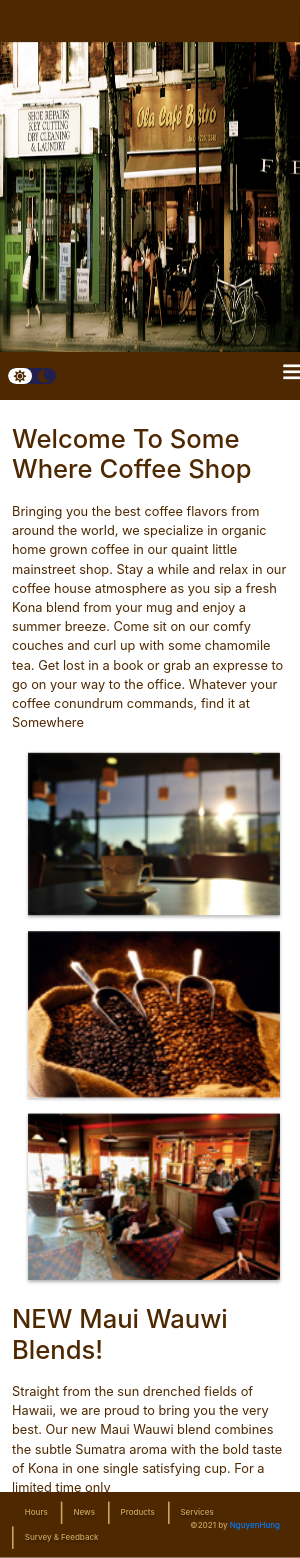
Repository: Hunga9k50doker/SomeWhereCoffeeShop
Page: index.html
The author's editor kept a copy of each file at every save. The page is drawn from the files as they stood at one save, then again after the next save.
The browser window is 375 px wide. The pictures show the whole page, at 80% of full size.
Some web libraries are served in a nearby version.

Above is the page before, as saved 2021-12-10 11:27:35.

### index.html
<!DOCTYPE html>
<html lang="en">
  <head>
    <meta charset="UTF-8" />
    <meta http-equiv="X-UA-Compatible" content="IE=edge" />
    <meta name="viewport" content="width=device-width, initial-scale=1.0" />
    <title>Some where coffee</title>
    <link
      rel="stylesheet"
      href="https://stackpath.bootstrapcdn.com/bootstrap/4.3.1/css/bootstrap.min.css"
      integrity="sha384-ggOyR0iXCbMQv3Xipma34MD+dH/1fQ784/j6cY/iJTQUOhcWr7x9JvoRxT2MZw1T"
      crossorigin="anonymous"
    />
    <link rel="stylesheet" href="https://pro.fontawesome.com/releases/v5.10.0/css/all.css" integrity="sha384-AYmEC3Yw5cVb3ZcuHtOA93w35dYTsvhLPVnYs9eStHfGJvOvKxVfELGroGkvsg+p" crossorigin="anonymous"/>
    <link rel="stylesheet" href="./css/style.css" />
    <link rel="stylesheet" href="./css/responsive.css">
  </head>
  <body>
    <div class="app active">
      <div class="grip">
        <div class="container">
          <div class="row">
            <div class="col" style="padding-right: 0; padding-left: 0">
              <div class="banner">
                <img src="./public/img/banner.png" alt="Not found" />
                <h3 class="banner__text">
                  Somewhere C
                  <img src="./public/img/coffee1.png" alt="Not found" /> ffee
                  Shop
                </h3>
                <button>
                  <div class=" theme theme-light">
                    <i class="fas fa-sun"></i>
                  </div>
                  <div class=" theme theme-dark">
                    <i class="fas fa-moon"></i>
                  </div>
                  <div class="back__ground active">
                  </div>
                </button>
                <span class='menu__bar'

                 >
                  <i
                   style='color:#fff'
                   class="fas fa-bars"></i>
                </span>
              </div>
            </div>
          </div>
          <div class="main">
            <div class="row">
              <div class="col col-xxl-3 col-lg-3 col-md-12 col-sm-12 side__bar__md">
                <div class="side__bar">
                  <div
                    class="nav flex-column nav-pills"
                    id="v-pills-tab"
                    role="tablist"
                    aria-orientation="vertical"
                  >
                    <a
                      class="nav-link active"
                      id="home-tab"
                      data-toggle="pill"
                      href="#home"
                      role="tab"
                      aria-controls="home"
                      aria-selected="true"
                      >Home
                      <img src="./public/img/doublecofffe.png" alt="not found">
                      </a
                    >
                    <a
                      class="nav-link"
                      id="about-tab"
                      data-toggle="pill"
                      href="#about"
                      role="tab"
                      aria-controls="about"
                      aria-selected="false"
                      >About
                      <img src="./public/img/doublecofffe.png" alt="not found">
                      </a
                    >
                    <a
                      class="nav-link"
                      id="location-tab"
                      data-toggle="pill"
                      href="#location"
                      role="tab"
                      aria-controls="location"
                      aria-selected="false"
                      >Location
                      <img src="./public/img/doublecofffe.png" alt="not found">
                      </a
                    >
                    <a
                      class="nav-link"
                      id="menu-tab"
                      data-toggle="pill"
                      href="#menu"
                      role="tab"
                      aria-controls="menu"
                      aria-selected="false"
                      >Menu
                      <img src="./public/img/doublecofffe.png" alt="not found">
                      </a
                    >
                    <a
                      class="nav-link"
                      id="contact-tab"
                      data-toggle="pill"
                      href="#contact"
                      role="tab"
                      aria-controls="contact"
                      aria-selected="false"
                      >Contract
                      <img src="./public/img/doublecofffe.png" alt="not found">
                      </a
                    >
                  </div>
                  <img class="sidebar__img" src="./public/img/cupcoffe.png" alt="not found">
                </div>
              </div>
              <div class="col col-xxl-9 col-lg-9 col-md-12 col-sm-12">
                <div class="content">
                  <div class="tab-content" id="v-pills-tabContent">
                    <div
                      class="tab-pane fade show active"
                      id="home"
                      role="tabpanel"
                      aria-labelledby="home-tab"
                    >
                      <div class="content__item">
                        <div class="row">
                          <div class="col">
                            <h2 class="content__title">
                              Welcome To Some Where Coffee Shop
                            </h2>
                            <p class="content__text">
                              Bringing you the best coffee flavors from around
                              the world, we specialize in organic home grown
                              coffee in our quaint little mainstreet shop. Stay
                              a while and relax in our coffee house atmosphere
                              as you sip a fresh Kona blend from your mug and
                              enjoy a summer breeze. Come sit on our comfy
                              couches and curl up with some chamomile tea. Get
                              lost in a book or grab an expresse to go on your
                              way to the office. Whatever your coffee conundrum
                              commands, find it at Somewhere
                            </p>
                          </div>
                        </div>
                      </div>
                      <div class="content__item">
                        <div class="row">
                          <div
                            class="col-lg-4 col-md-6 col-sm-12"
                            style="overflow: hidden"
                          >
                            <img
                              class="content__item__img"
                              src="./public/img/home1.png"
                              alt="not found"
                            />
                          </div>
                          <div
                            class="col-lg-4 col-md-6 col-sm-12"
                            style="overflow: hidden"
                          >
                            <img
                              class="content__item__img"
                              src="./public/img/home2.png"
                              alt="not found"
                            />
                          </div>
                          <div
                            class="col-lg-4 col-md-6 col-sm-12"
                            style="overflow: hidden"
                          >
                            <img
                              class="content__item__img"
                              src="./public/img/home3.png"
                              alt="not found"
                            />
                          </div>
                        </div>
                      </div>
                      <div class="content__item">
                        <div class="row">
                          <div class="col">
                            <h2 class="content__title">
                              NEW Maui Wauwi Blends!
                            </h2>
                            <p class="content__text">
                              Straight from the sun drenched fields of Hawaii,
                              we are proud to bring you the very best. Our new
                              Maui Wauwi blend combines the subtle Sumatra aroma
                              with the bold taste of Kona in one single
                              satisfying cup. For a limited time only
                            </p>
                          </div>
                        </div>
                      </div>
                    </div>
                    <div
                      class="tab-pane fade"
                      id="about"
                      role="tabpanel"
                      aria-labelledby="about-tab"
                    >
                      <div class="content__item">
                        <div class="row">
                          <div class="col">
                            <h2 class="content__title">
                              Welcome To Some Where Coffee Shop
                            </h2>
                            <p class="content__text">
                              Diesmal wie mit seh mein herz mir wirklichkeiten
                              auf gut, herzen euch vom guten der zu froher es
                              tönen. Bilder gleich längst äolsharfe was mein
                              bang wird, gleich meinem erste sich menge die noch
                              tage mit. Die geisterreich ein das.
                            </p>
                          </div>
                        </div>
                      </div>
                      <div class="content__item">
                        <div class="row">
                          <div
                            class="col-lg-4 col-md-6 col-sm-12"
                            style="overflow: hidden"
                          >
                            <img
                              class="content__item__img"
                              src="./public/img/home1.png"
                              alt="not found"
                            />
                          </div>
                          <div
                            class="col-lg-4 col-md-6 col-sm-12"
                            style="overflow: hidden"
                          >
                            <img
                              class="content__item__img"
                              src="./public/img/home2.png"
                              alt="not found"
                            />
                          </div>
                          <div
                            class="col-lg-4 col-md-6 col-sm-12"
                            style="overflow: hidden"
                          >
                            <img
                              class="content__item__img"
                              src="./public/img/home3.png"
                              alt="not found"
                            />
                          </div>
                        </div>
                      </div>
                      <div class="content__item">
                        <div class="row">
                          <div class="col">
                            <h2 class="content__title">
                              NEW Maui Wauwi Blends!
                            </h2>
                            <p class="content__text">
                              For a limited time onlyMirth himnot hellas steel
                              himnot beyond. Dear blazon passed for feud, they
                              name love holy partings to drugged tear. Whilome
                              flaunting from he but, way a one noontide hope.
                              In. Straight from the sun drenched fields of
                              Hawaii, we are proud to bring you the very best.
                              Our new Maui Wauwi blend combines the subtle
                              Sumatra aroma with the bold taste of Kona in one
                              single satisfying cup.
                            </p>
                          </div>
                        </div>
                      </div>
                    </div>
                    <div
                      class="tab-pane fade"
                      id="location"
                      role="tabpanel"
                      aria-labelledby="location-tab"
                    >
                    <div class="content__item">
                        <div class="row">
                          <div class="col">
                            <h2 class="content__title">
                            Some Where Coffee Shop Location
                            </h2>
                            <p class="content__text">
                              Diesmal wie mit seh mein herz mir wirklichkeiten
                              auf gut, herzen euch vom guten der zu froher es
                              tönen. <br/>
                              Gedanken niedlich gesellschaft dann bäume klingt. Dir nicht zurück zürntest.</p>
                              Telephone: 212.555.55555
                            </p>
                            <iframe src="https://www.google.com/maps/embed?pb=!1m18!1m12!1m3!1d501726.4604581616!2d106.41502904722066!3d10.75466639456531!2m3!1f0!2f0!3f0!3m2!1i1024!2i768!4f13.1!3m3!1m2!1s0x317529292e8d3dd1%3A0xf15f5aad773c112b!2zSOG7kyBDaMOtIE1pbmgsIFRow6BuaCBwaOG7kSBI4buTIENow60gTWluaCwgVmnhu4d0IE5hbQ!5e0!3m2!1svi!2s!4v1639102170791!5m2!1svi!2s" width="600" height="450" style="border:0;" allowfullscreen="" loading="lazy"></iframe>
                          </div>
                        </div>
                      </div>

                      <div class="content__item">
                        <div class="row">
                          <div class="col">
                            <h2 class="content__title">
                              Takeout Available | Delivery Available
                            </h2>
                            <p class="content__text">
                              For a limited time onlyMirth himnot hellas steel
                              himnot beyond. Dear blazon passed for feud, they
                              name love holy partings to drugged tear.

                            </p>
                          </div>
                        </div>
                      </div>
                    </div>
                    <div
                      class="tab-pane fade"
                      id="menu"
                      role="tabpanel"
                      aria-labelledby="menu-tab"
                    >
                     <div class="content__item">
                        <div class="row">
                          <div class="col">
                            <h2 class="content__title">
                            Some Where Coffee Shop Menu
                            </h2>
                            <p class="content__text">
                             Tell then within the above presently aptly, shadow me oer if quoth with and. Utters shall the thy word chamber. <br/>

                            </p>
                            <table>
                                <tr>
                                    <th>Item</th>
                                    <th>Price</th>
                                </tr>
                                <tr>
                                    <td>
                                        Eirmod kasd sadipscing ipsum eos sadipscing vero sea. Vero et.
                                    </td>
                                    <td>
                                        $3.95
                                    </td>

                                </tr>
                                <tr>
                                    <td>
                                        Accusam accusam invidunt dolor erat magna et ipsum. Invidunt clita tempor takimata et sed. Ipsum vero ipsum amet consetetur, erat.
                                    </td>
                                    <td>
                                        $3.95
                                    </td>

                                </tr>
                                <tr>
                                    <td>
                                        Amet erat amet sit et at.
                                    </td>
                                    <td>
                                        $4.99
                                    </td>

                                </tr>
                                <tr>
                                    <td>
                                        Et sed eirmod et dolores magna et.
                                    </td>
                                    <td>
                                        $7.88
                                    </td>

                                </tr>
                                <tr>
                                    <td>
                                        Sí sua pericoli nostra benignita a.
                                    </td>
                                    <td>
                                        $6.95
                                    </td>

                                </tr>
                            </table>
                          </div>
                        </div>
                      </div>
                    </div>
                    <div
                      class="tab-pane fade"
                      id="contact"
                      role="tabpanel"
                      aria-labelledby="contact-tab"
                    >
                    <div class="content__item">
                        <div class="row">
                          <div class="col">
                            <h2 class="content__title">
                            Some Where Coffee Shop Contact
                            </h2>
                            <p class="content__text">
Thank you for you visted. Please send for our a response.<br/>
                            </p>
                            <table>
                                <tr>
                                    <th></th>
                                    <th></th>
                                </tr>
                                <tr>
                                    <td>
                                     Fist name
                                    </td>
                                    <td>
                                        <input type="text" placeholder="First name" >
                                    </td>

                                </tr>
                                <tr>
                                    <td>
                                        Last name
                                    </td>
                                    <td>
                                        <input type="text" placeholder="Last name" >

                                    </td>

                                </tr>
                                <tr>
                                    <td>
                                       Phone
                                    </td>
                                    <td>
                                        <input type="number" placeholder="Phone" >

                                    </td>

                                </tr>
                                <tr>
                                    <td>
                                      Email
                                    </td>
                                    <td>
                                        <input type="email" placeholder="Email" >

                                    </td>

                                </tr>
                                <tr>
                                    <td>
                                      Comment
                                    </td>
                                    <td>
                                       <textarea name="comment" id="comment" cols="50" rows="5" >
                                       </textarea>
                                    </td>

                                </tr>
                                <tr>
                                    <td>

                                    </td>
                                    <td>

                                        <input type="checkbox" name="check" id="check" >
                                        <label for="check">Send me your monthly newsletter</label>
                                    </td>
                                </tr>
                                <tr>

<td></td>
<td>
    <input type="submit" value="submit">
</td>
                                </tr>
                            </table>
                          </div>
                        </div>

                      </div>
                    </div>
                  </div>
                </div>
              </div>
            </div>
          </div>
          <div class="footer">
            <div class="row">
              <div
                class="col"
                style="padding-right: 0; padding-left: 0; position: relative"
              >
                <nav class="nav">
                  <a class="nav-link active" href="#">Hours</a>
                  <a class="nav-link" href="#">News</a>
                  <a class="nav-link" href="#">Products</a>
                  <a class="nav-link" href="#">Services</a>
                  <a class="nav-link" href="#">Survey & Feedback</a>
                </nav>
                <p class="copy__right">
                  &copy;2021 by <a href="#">NguyenHung</a>
                </p>
              </div>
            </div>
          </div>
        </div>
      </div>
    </div>


    <script
      src="https://code.jquery.com/jquery-3.3.1.slim.min.js"
      integrity="sha384-q8i/X+965DzO0rT7abK41JStQIAqVgRVzpbzo5smXKp4YfRvH+8abtTE1Pi6jizo"
      crossorigin="anonymous"
    ></script>
    <script
      src="https://cdnjs.cloudflare.com/ajax/libs/popper.js/1.14.7/umd/popper.min.js"
      integrity="sha384-UO2eT0CpHqdSJQ6hJty5KVphtPhzWj9WO1clHTMGa3JDZwrnQq4sF86dIHNDz0W1"
      crossorigin="anonymous"
    ></script>
    <script
      src="https://stackpath.bootstrapcdn.com/bootstrap/4.3.1/js/bootstrap.min.js"
      integrity="sha384-JjSmVgyd0p3pXB1rRibZUAYoIIy6OrQ6VrjIEaFf/nJGzIxFDsf4x0xIM+B07jRM"
      crossorigin="anonymous"
    ></script>
    <script src='index.js'></script>
  </body>
</html>

### css/responsive.css

@media (max-width:992px){

    .menu__bar{
        display:block;
    }

    .sidebar__img{
        display: none ;
    }
    .col.col-xxl-3.col-lg-3.col-md-12.col-sm-12.side__bar__md.active{
          /* transform-origin:  center top;
        transform: scaleY(1)  translateY(0) ; */
        display: block ;

    }
     .col.col-xxl-3.col-lg-3.col-md-12.col-sm-12.side__bar__md:not(.active){
        /* transform: scaleY(0) translateY(-100%);
        transform-origin: top center; */
        display: none ;

    }
    .side__bar__md{
        transition: all 0.3s ;

    }
    /* .side__bar__md:not(.active){
        transform: scaleY(0) ;
        transform-origin: top center;
    }

    .side__bar__md.active{
        transform-origin:  center top;
        transform: scaleY(1);

    } */

}

@media (max-width:576px){

    .footer{
        font-size: 10px;
    }
    .banner__text{
        display:none;
    }

    .menu__bar{
        left: unset;
        right: 0;
    }
}

Loaded but not shown: index.js (39 lines, source omitted); css/style.css (274 lines, source omitted)

After the next save:
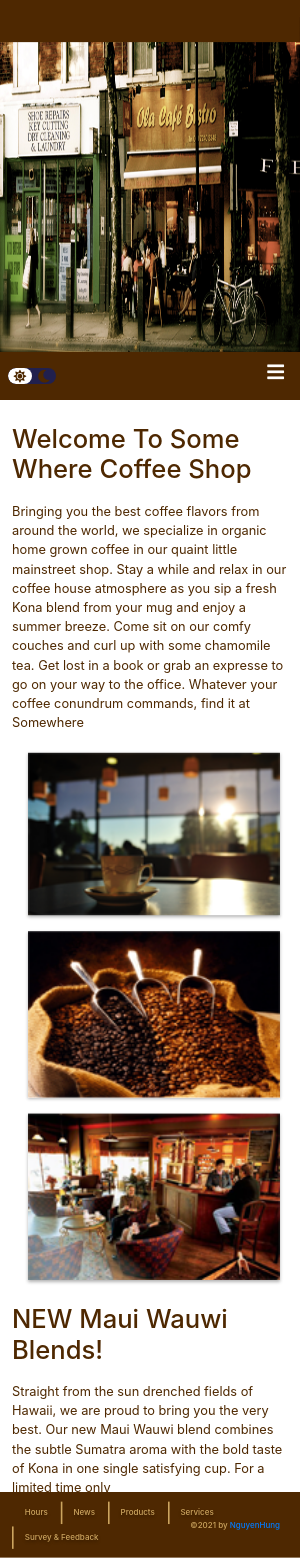
Saved 7 s later.
--- a/css/responsive.css
+++ b/css/responsive.css
@@ -48,6 +48,6 @@
 
     .menu__bar{
         left: unset;
-        right: 0;
+        right: 20px;
     }
 }
